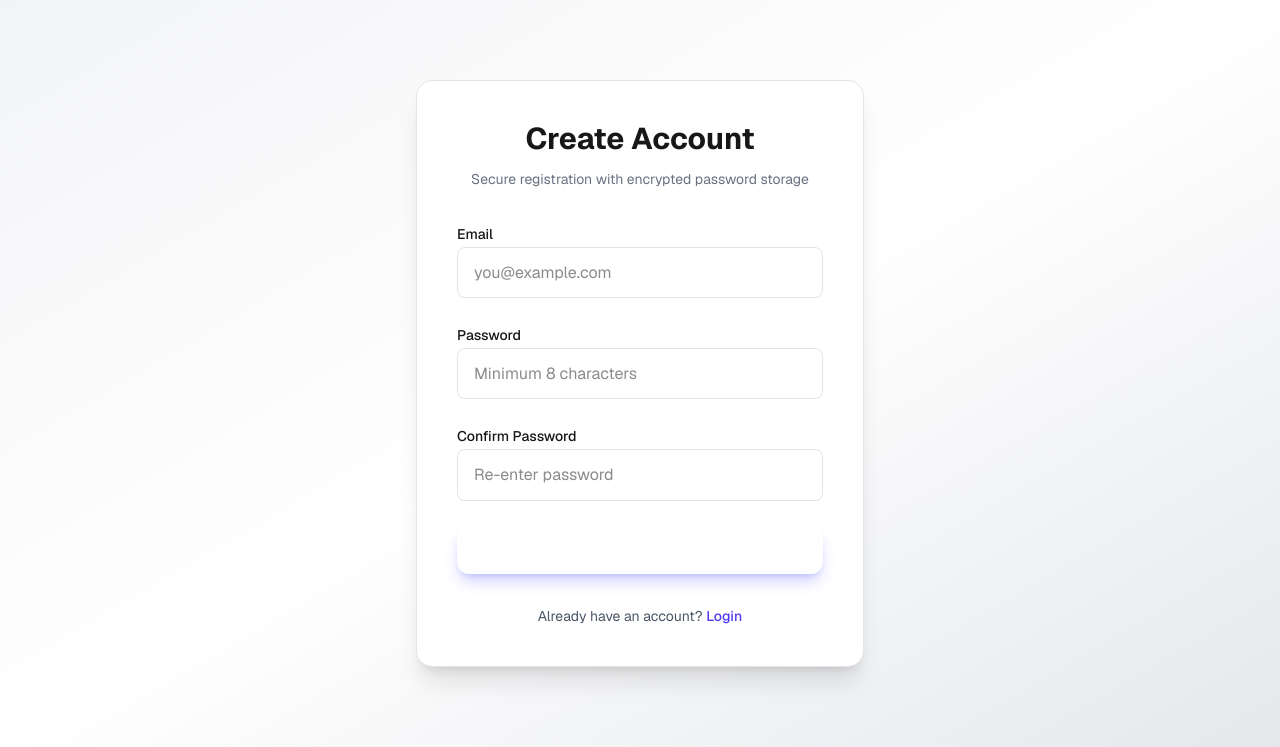
Repository: swastikjhacoder/secure-auth-app
Page: /register
An editor plug-in stored every save of this project. The page is shown before and after the next save, followed by the edit.
The browser window is 1280 px wide. The pictures show the whole page.
The project was rebuilt for these pictures with package versions that can differ from the ones it lists, and the page was loaded fresh each time. The framework's server and built-in components were replaced by stand-ins that run in the browser. Also part of the build but not shown: next.config.mjs.

Above is the page before, as saved 2026-03-02 13:16:56.

After the next save:
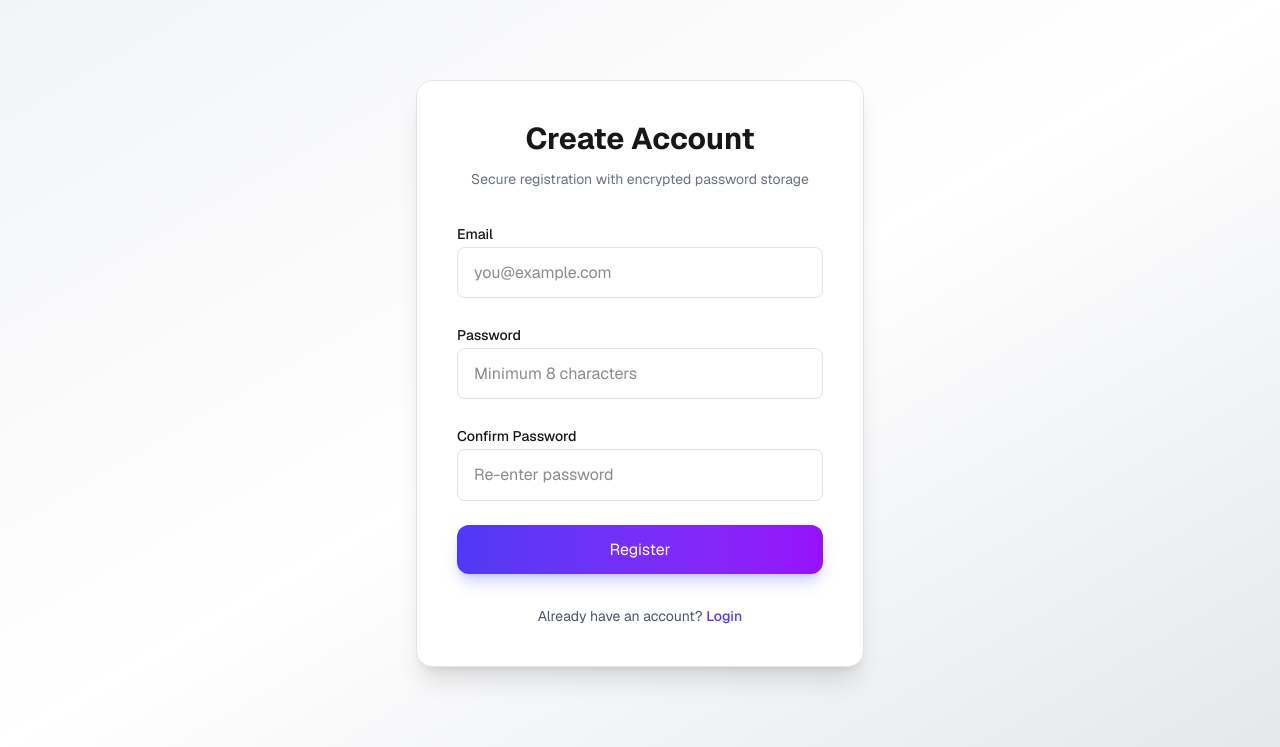
Saved 105 s later.
--- a/src/app/globals.css
+++ b/src/app/globals.css
@@ -62,7 +62,6 @@ body {
 }
 
 button {
-  background: none;
   border: none;
   cursor: pointer;
   font: inherit;
